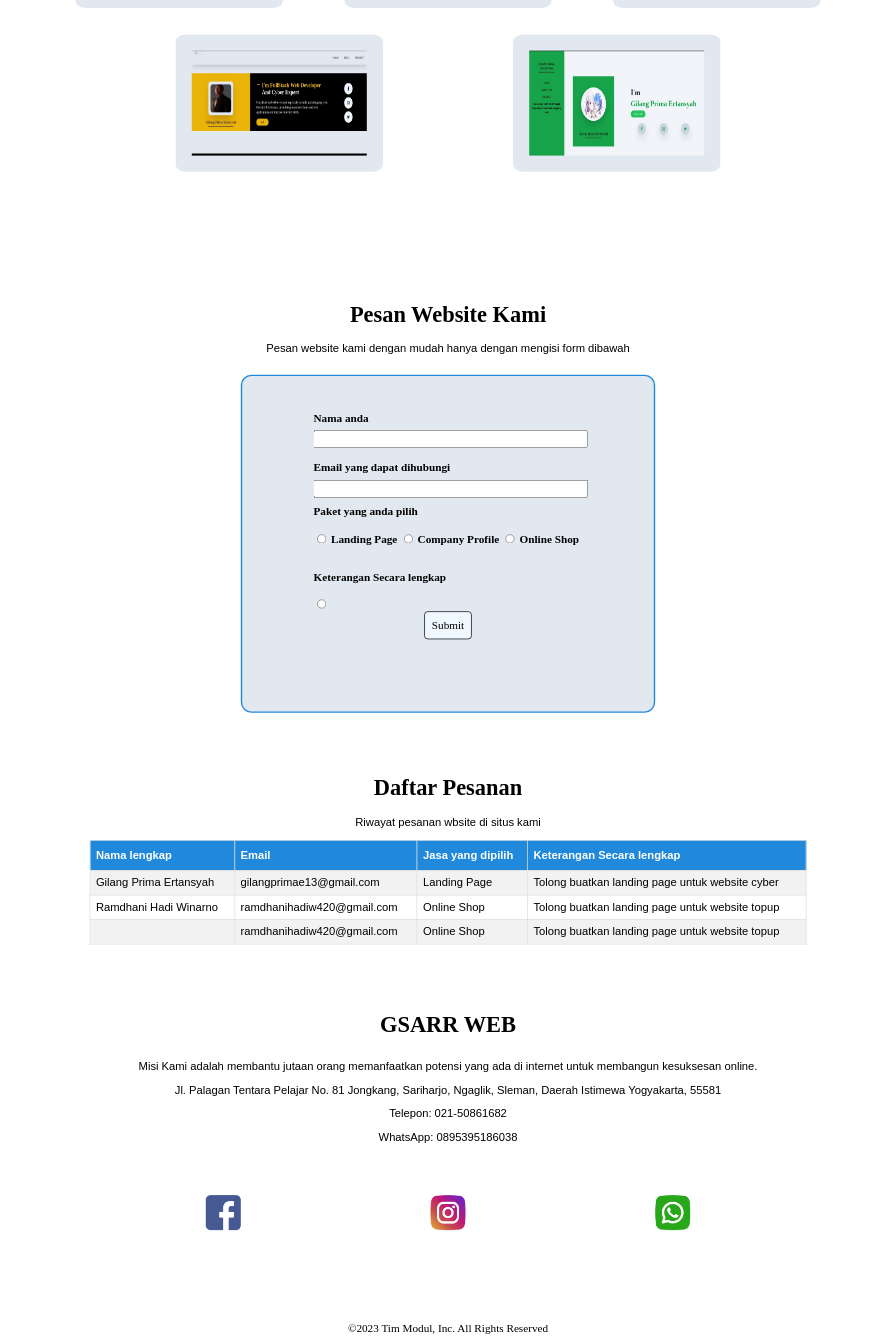
Repository: zecht12/TimModul
Page: TimModul.html
An editor plug-in stored every save of this project. The page is shown before and after a run of saves, followed by the edit.
The browser window is 1280 px wide. The pictures show the part of the page from y = 2475 to 4395 px (the page is 4395 px tall before and 4377 px after), at 70% of full size.

Above is the page before, as saved 2023-04-27 19:18:04.

### TimModul.html
<!DOCTYPE html>
<html lang="en">
<head>
    <meta charset="UTF-8">
    <meta http-equiv="X-UA-Compatible" content="IE=edge">
    <meta name="viewport" content="width=device-width, initial-scale=1.0">
    <link rel="stylesheet" href="style.css">
    <script src="script.js"></script>
    <title>Jasa Coding</title>
</head>
<body>
    <div style="height: 80px; width: 100%; background-color: white;">
        <header>
            <img src="./assets/wallpaper.jpg" alt="Image" style="height: 50px; width: 50px; border-radius: 100%;" >
            <ul class="nav_links">
                <li><a href="#">Home</a></li>
                <li><a href="#Paket">Harga</a></li>
                <li><a href="#Produk">Produk</a></li>
                <li><a href="#Forms">Form</a></li>
                <li><a href="#Dokumen">Dokumen</a></li>
            </ul>
        </headers>
    </div>
    <div style="background-image: url(./assets/bg.jpg); background-size: cover; background-position: top; width: 100%; height: 120vh; background-repeat: no-repeat; background-position: center;">
        <div style="display: flex; justify-content: center; align-items: center; padding: 5%; width: auto; height: auto;">
            <div style="height: auto; width: 70%; display: flex ; justify-content: center; align-items: center;">
                <div>
                    <div style=" display: flex; justify-content: center; align-items: center;">
                        <p style="text-align: center; color: white; font-size: 50px; font-weight: bold; width: 80%;">Jasa Pembuatan Website untuk Segala Kebutuhan Anda!</p>
                    </div>
                    <div style=" display: flex; justify-content: center; align-items: center; ">
                        <p style="text-align: center; color: white; font-size: large; width: 80%; ">Ingin wujudkan website impian tanpa ribet? Kami siap membantu Anda! Tersedia layanan jasa pembuatan website murah dan berkualitas dengan fitur terlengkap!</p>
                    </div>
                    <div style=" display: flex; justify-content: space-evenly; align-items: center;">
                        <div style=" display: flex; justify-content: center; align-items: center; gap: 5px;">
                            <img src="./assets/check.png" alt="check" width="30px" height="30px">
                            <p style="text-align: center; color: white; font-size: medium;">Proses Cepat</p>
                        </div>
                        <div style=" display: flex; justify-content: center; align-items: center; gap: 5px;">
                            <img src="./assets/check.png" alt="check" width="30px" height="30px">
                            <p style="text-align: center; color: white; font-size: medium">Harga Terjangkau</p>
                        </div>
                        <div style=" display: flex; justify-content: center; align-items: center; gap: 5px;">
                            <img src="./assets/check.png" alt="check" width="30px" height="30px">
                            <p style="text-align: center; color: white; font-size: medium;">Website Profesional</p>
                        </div>
                    </div>
                    <div style=" display: flex; justify-content: center; align-items: center; width: auto; height: auto;">
                        <p style="text-align: center; color: white; font-size: xx-large; font-weight: bold;">GSARR WEB</p>
                    </div>
                    <div style=" display: flex; justify-content: center; align-items: center; width: auto; height: auto;">
                        <a class="button1" href="#Paket" style="width: 200px; height: 50px; display: flex; justify-content: center; align-items: center; border-radius: 15px; background: #fff; color: #000; border: 2px solid #fff; cursor: pointer;">
                            Lihat Penawaran
                        </a>
                    </div>
                </div>
            </div>
        </div>
    </div>
    <div class="Paket" id="Paket" style="width: 100%; height: 120vh;">
        <p style="text-align: center; font-size: xx-large; font-weight: bold;">Harga Paket Jasa Pembuatan Website</p>
        <p style="text-align: center; font-size: medium; font-weight: bold; ">Tak perlu biaya mahal, Niagaweb menghadirkan jasa pembuatan website dengan harga terjangkau, fitur terbaik, dan layanan support nomor satu!</p>
        <div style="padding-left: 5%; padding-right: 5%;padding-top: 2%;display: flex;justify-content: space-evenly; align-items: center;" >
            <div style="padding: 2%; background-color: #e8ebf0; border-radius: 5%; height: 600px; width: 300px;">
                <p style="color: rgb(49, 49, 49); font-weight: bold; font-size: larger;">Landing Page</p>
                <p style="color: gray; font-weight: bold; font-size: medium;">Mulai dari:</p>
                <p style="color: #2089dc; font-size: xx-large; font-weight: bold; margin: auto; padding-bottom: 4%;">Rp 750.000</p>
                <div style="display: flex; justify-content: center; align-items: center;">
                    <a class="button1" href="#Forms" style="width: 200px; height: 50px; display: flex; justify-content: center; align-items: center; border-radius: 15px; background: transparent; color: #2089dc; border: 2px solid #2089dc; cursor: pointer;">
                        Checkout
                    </a>
                </div>
                <p style="color: gray; font-weight: bold; font-size: medium;">Bangun landing page dengan desain profesional! Biaya website terjangkau dengan fitur terbaik cocok untuk memulai bisnis online Anda.</p>
                <div style=" display: flex; justify-content: start; align-items: center; gap: 2px;">
                    <img src="./assets/check.png" alt="check" width="20px" height="20px">
                    <p style="color: black; font-size: medium;">Gratis Hosting dan Domain</p>
                </div>
                <div style=" display: flex; justify-content: start; align-items: center; gap: 2px;">
                    <img src="./assets/check.png" alt="check" width="20px" height="20px">
                    <p style="color: black; font-size: medium;">30 Pilihan Tema</p>
                </div>
                <div style=" display: flex; justify-content: start; align-items: center; gap: 2px;">
                    <img src="./assets/check.png" alt="check" width="20px" height="20px">
                    <p style="color: black; font-size: medium;">Free Maintenance di Bulan Pertama</p>
                </div>
                <div style=" display: flex; justify-content: start; align-items: center; gap: 2px;">
                    <img src="./assets/check.png" alt="check" width="20px" height="20px">
                    <p style="color: black; font-size: medium;">SEO Friendly</p>
                </div>
                <div style=" display: flex; justify-content: start; align-items: center; gap: 2px;">
                    <img src="./assets/check.png" alt="check" width="20px" height="20px">
                    <p style="color: black; font-size: medium;">Desain Responsif</p>
                </div>
                <div style=" display: flex; justify-content: start; align-items: center; gap: 2px;">
                    <img src="./assets/check.png" alt="check" width="20px" height="20px">
                    <p style="color: black; font-size: medium;">Pengerjaan 7 Hari Kerja</p>
                </div>
            </div>
            <div style="padding: 2%; background-color: #e8ebf0; border-radius: 5%; height: 600px; width: 300px;">
                <p style="color: rgb(49, 49, 49); font-weight: bold; font-size: larger;">Company Profile</p>
                <p style="color: gray; font-weight: bold; font-size: medium;">Mulai dari:</p>
                <p style="color: #2089dc; font-size: xx-large; font-weight: bold; margin: auto; padding-bottom: 4%;">Rp 2.000.000</p>
                <div style="display: flex; justify-content: center; align-items: center;">
                    <a class="button1" href="#Forms" style="width: 200px; height: 50px; display: flex; justify-content: center; align-items: center; border-radius: 15px; background: transparent; color: #2089dc; border: 2px solid #2089dc; cursor: pointer;">
                        Checkout
                    </a>
                </div>
                <p style="color: gray; font-weight: bold; font-size: medium;">Jasa pembuatan website untuk perusahaan B2B seperti konsultan, distributor, dan manufaktur. Saatnya tampilkan kesan profesional untuk perusahaan Anda!</p>
                <div style=" display: flex; justify-content: start; align-items: center; gap: 2px;">
                    <img src="./assets/check.png" alt="check" width="20px" height="20px">
                    <p style="color: black; font-size: medium;">Free Unlimited Hosting</p>
                </div>
                <div style=" display: flex; justify-content: start; align-items: center; gap: 2px;">
                    <img src="./assets/check.png" alt="check" width="20px" height="20px">
                    <p style="color: black; font-size: medium;">Free Maintenance Setiap Bulan</p>
                </div>
                <div style=" display: flex; justify-content: start; align-items: center; gap: 2px;">
                    <img src="./assets/check.png" alt="check" width="20px" height="20px">
                    <p style="color: black; font-size: medium;">Gratis Setup 5 Konten / Artikel</p>
                </div>
                <div style=" display: flex; justify-content: start; align-items: center; gap: 2px;">
                    <img src="./assets/check.png" alt="check" width="20px" height="20px">
                    <p style="color: black; font-size: medium;">1 Halaman Awal</p>
                </div>
                <div style=" display: flex; justify-content: start; align-items: center; gap: 2px;">
                    <img src="./assets/check.png" alt="check" width="20px" height="20px">
                    <p style="color: black; font-size: medium;">1x Revisi Desain</p>
                </div>
                <div style=" display: flex; justify-content: start; align-items: center; gap: 2px;">
                    <img src="./assets/check.png" alt="check" width="20px" height="20px">
                    <p style="color: black; font-size: medium;">500+ Tema Pilihan</p>
                </div>
            </div>
            <div style="padding: 2%; background-color: #e8ebf0; border-radius: 5%; height: 600px; width: 300px;">
                <p style="color: rgb(49, 49, 49); font-weight: bold; font-size: larger;">Online Shop</p>
                <p style="color: gray; font-weight: bold; font-size: medium;">Mulai dari:</p>
                <p style="color: #2089dc; font-size: xx-large; font-weight: bold; margin: auto; padding-bottom: 4%;">Rp 2.900.000</p>
                <div style="display: flex; justify-content: center; align-items: center;">
                    <a class="button1" href="#Forms" style="width: 200px; height: 50px; display: flex; justify-content: center; align-items: center; border-radius: 15px; background: transparent; color: #2089dc; border: 2px solid #2089dc; cursor: pointer;">
                        Checkout
                    </a>
                </div>
                <p style="color: gray; font-weight: bold; font-size: medium;">Jasa website profesional yang direkomendasikan untuk bisnis atau UKM B2C seperti bisnis kuliner, properti, konveksi, travel, dll.</p>
                <div style=" display: flex; justify-content: start; align-items: center; gap: 2px;">
                    <img src="./assets/check.png" alt="check" width="20px" height="20px">
                    <p style="color: black; font-size: medium;">Gratis Setup5 Produk Unggulan</p>
                </div>
                <div style=" display: flex; justify-content: start; align-items: center; gap: 2px;">
                    <img src="./assets/check.png" alt="check" width="20px" height="20px">
                    <p style="color: black; font-size: medium;">Integrasi Marketplace / Instagram Shop</p>
                </div>
                <div style=" display: flex; justify-content: start; align-items: center; gap: 2px;">
                    <img src="./assets/check.png" alt="check" width="20px" height="20px">
                    <p style="color: black; font-size: medium;">Fitur Payment & Shipping</p>
                </div>
                <div style=" display: flex; justify-content: start; align-items: center; gap: 2px;">
                    <img src="./assets/check.png" alt="check" width="20px" height="20px">
                    <p style="color: black; font-size: medium;">5 Halaman Awal</p>
                </div>
                <div style=" display: flex; justify-content: start; align-items: center; gap: 2px;">
                    <img src="./assets/check.png" alt="check" width="20px" height="20px">
                    <p style="color: black; font-size: medium;">1x Revisi Desain</p>
                </div>
                <div style=" display: flex; justify-content: start; align-items: center; gap: 2px;">
                    <img src="./assets/check.png" alt="check" width="20px" height="20px">
                    <p style="color: black; font-size: medium;">500+ Tema Pilihan</p>
                </div>
            </div>
        </div>
    </div>
    <div id="Produk" style="width: 100%; height: 100vh; padding-top: 5%;">
        <h1 style="text-align: center; font-size: xx-large; font: bolder;">Banyak Pilihan Desain</h1>
        <p style="text-align: center; font: caption;">Pilih satu dari puluhan desain yang tersedia</p>
        <div class="produk" id="produk" >
            <a href="./JenisWeb/Web1.html" style="padding: 2%; background-color: #E2E8F0; border-radius: 5%; display: flex; justify-items: center; align-items: center;">
                <img src="./assets/web.jpeg" alt="Image" style="height: 150px; width: 250px;" >
            </a>
            <a href="./JenisWeb/Web2.html" style="padding: 2%; background-color: #E2E8F0; border-radius: 5%; display: flex; justify-items: center; align-items: center;">
                <img src="./assets/web1.jpeg" alt="Image" style="height: 150px; width: 250px;" >
            </a>
            <a href="./JenisWeb/Web3.html" style="padding: 2%; background-color: #E2E8F0; border-radius: 5%; display: flex; justify-items: center; align-items: center;">
                <img src="./assets/web2.jpg" alt="Image" style="height: 150px; width: 250px;" >
            </a>
        </div>
        <div class="produk1" id="produk1" >
            <a href="./JenisWeb/Web4.html" style="padding: 2%; background-color: #E2E8F0; border-radius: 5%; display: flex; justify-items: center; align-items: center;">
                <img src="./assets/web3.jpg" alt="Image" style="height: 150px; width: 250px;" >
            </a>
            <a href="./JenisWeb/Web5.html" style="padding: 2%; background-color: #E2E8F0; border-radius: 5%; display: flex; justify-items: center; align-items: center;">
                <img src="./assets/web4.jpg" alt="Image" style="height: 150px; width: 250px;" >
            </a>
            <a href="./JenisWeb/Web6.html" style="padding: 2%; background-color: #E2E8F0; border-radius: 5%; display: flex; justify-items: center; align-items: center;">
                <img src="./assets/web5.jpg" alt="Image" style="height: 150px; width: 250px;" >
            </a>
        </div>
        <div class="produk2" id="produk2" >
            <a href="./JenisWeb/Web7.html" style="padding: 2%; background-color: #E2E8F0; border-radius: 5%; display: flex; justify-items: center; align-items: center;">
                <img src="./assets/web6.jpg" alt="Image" style="height: 150px; width: 250px;" >
            </a>
            <a href="./JenisWeb/Web8.html" style="padding: 2%; background-color: #E2E8F0; border-radius: 5%; display: flex; justify-items: center; align-items: center;">
                <img src="./assets/web7.jpg" alt="Image" style="height: 150px; width: 250px;" >
            </a>
        </div>
    </div>
    <h1 style="margin-top: 22%; text-align: center;">Pesan Website Kami</h1>
    <p style="text-align: center; font: caption;">Pesan website kami dengan mudah hanya dengan mengisi form dibawah</p>
    <div style="min-width: 60%; height: auto;">
        <div id="Forms" class="forms" id="forms" >
            <form style=" padding-bottom: 8%; padding-left: 8%; padding-right: 8%; padding-top: 4%; border-radius: 15px; background-color: #E2E8F0; color: #2089dc; border: 2px solid #2089dc;">
                <div class="Formnama">
                    <label for="Nama" class="Labelnama">Nama anda</label><br>
                    <input type="text" id="Nama" name="Nama" class="Nama">
                </div>

                <div class="Formemail">
                    <label for="Email" class="Labelemail">Email yang dapat dihubungi</label>
                    <input type="text" id="Email" name="Email" class="Email">
                </div>

                <p for="Pilihan" class="Pilihan">Paket yang anda pilih</p>
                <div style="padding-bottom: 5%;" id="Paket" >
                    <input type="radio" id="Landing_Page" name="Landing_Page" value="Landing_Page">
                    <label for="FrontEnd">Landing Page</label>

                    <input type="radio" id="Company_Profile" name="Company_Profile" value="Company_Profile">
                    <label for="BackEnd">Company Profile</label>

                    <input type="radio" id="Online_Shop" name="Online_Shop" value="Online_Shop">
                    <label for="FullStack">Online Shop</label><br>
                </div>

                <div>
                    <p style="color: black; font-weight: bold; padding-bottom: 1%;">Keterangan Secara lengkap</p>
                    <input type="radio" id="Keterangan" name="Keterangan" value="Keterangan">
                </div>

                <div style="display: flex; justify-content: center; align-items: center;">
                    <input type="submit" value="Submit" class="Button">
                </div>
            </form>
        </div>
    </div>
    <h1 style="margin-top: 2%; text-align: center;">Daftar Pesanan</h1>
    <p style="text-align: center; font: caption;">Riwayat pesanan wbsite di situs kami</p>
    <div id="Dokumen" style="display: flex; justify-content: center; align-items: center; width: 100%;">
        <table id="customers">
            <tr>
                <th>Nama lengkap</th>
                <th>Email</th>
                <th>Jasa yang dipilih</th>
                <th>Keterangan Secara lengkap</th>
            </tr>
            <tr>
                <td>Gilang Prima Ertansyah</td>
                <td>gilangprimae13@gmail.com</td>
                <td>Landing Page</td>
                <td>Tolong buatkan landing page untuk website cyber</td>
            </tr>
            <tr>
                <td>Ramdhani Hadi Winarno</td>
                <td>ramdhanihadiw420@gmail.com</td>
                <td>Online Shop</td>
                <td>Tolong buatkan landing page untuk website topup</td>
            </tr>
            <tr>
                <td id="p1"></td>
                <td id="p2">ramdhanihadiw420@gmail.com</td>
                <td>Online Shop</td>
                <td>Tolong buatkan landing page untuk website topup</td>
            </tr>
        </table>
    </div>
    <div style="height: 70vh; width: 100%; background-color: white; margin: auto; justify-content: center; align-items: center;">
        <div style="padding: 5%;">
            <p style="text-align: center; color: black; font-size: xx-large; font-weight: bold;">GSARR WEB</p>
            <p style="text-align: center; font: caption;">Misi Kami adalah membantu jutaan orang memanfaatkan potensi yang ada di internet untuk membangun kesuksesan online.</p>
            <p style="text-align: center; font: caption;">Jl. Palagan Tentara Pelajar No. 81 Jongkang, Sariharjo, Ngaglik, Sleman, Daerah Istimewa Yogyakarta, 55581</p>
            <div>
                <p style="text-align: center; font: caption;">Telepon: 021-50861682</p>
                <p style="text-align: center; font: caption;">WhatsApp: 0895395186038</p>
            </div>
            <div class="Social" style="display: flex; align-items: center; justify-content: space-between; background-color: transparent; gap: 20px; padding-left: 20%; padding-right: 20%; padding-top: 5%; ">
                <a href="" style="background-color: #fff;">
                    <img src="/assets/facebook.png" alt="FB" width="50px" height="50px">
                </a>
                <a href="">
                    <img src="/assets/instagram.png" alt="FB" width="50px" height="50px">
                </a>
                <a href="">
                    <img src="/assets/whatsapp.png" alt="FB" width="50px" height="50px">
                </a>
            </div>
        </div>
    </div>
    <div style="height: 50px; width: 100%; background-color: white; margin: auto; justify-content: center; align-items: center;">
        <p style="color: black; text-align: center; padding-top: 20px;">&copy;2023 Tim Modul, Inc. All Rights Reserved</p>
    </div>
</body>
</html>

Loaded but not shown: script.js (7 lines, source omitted); style.css (140 lines, source omitted)

After the next 3 saves:
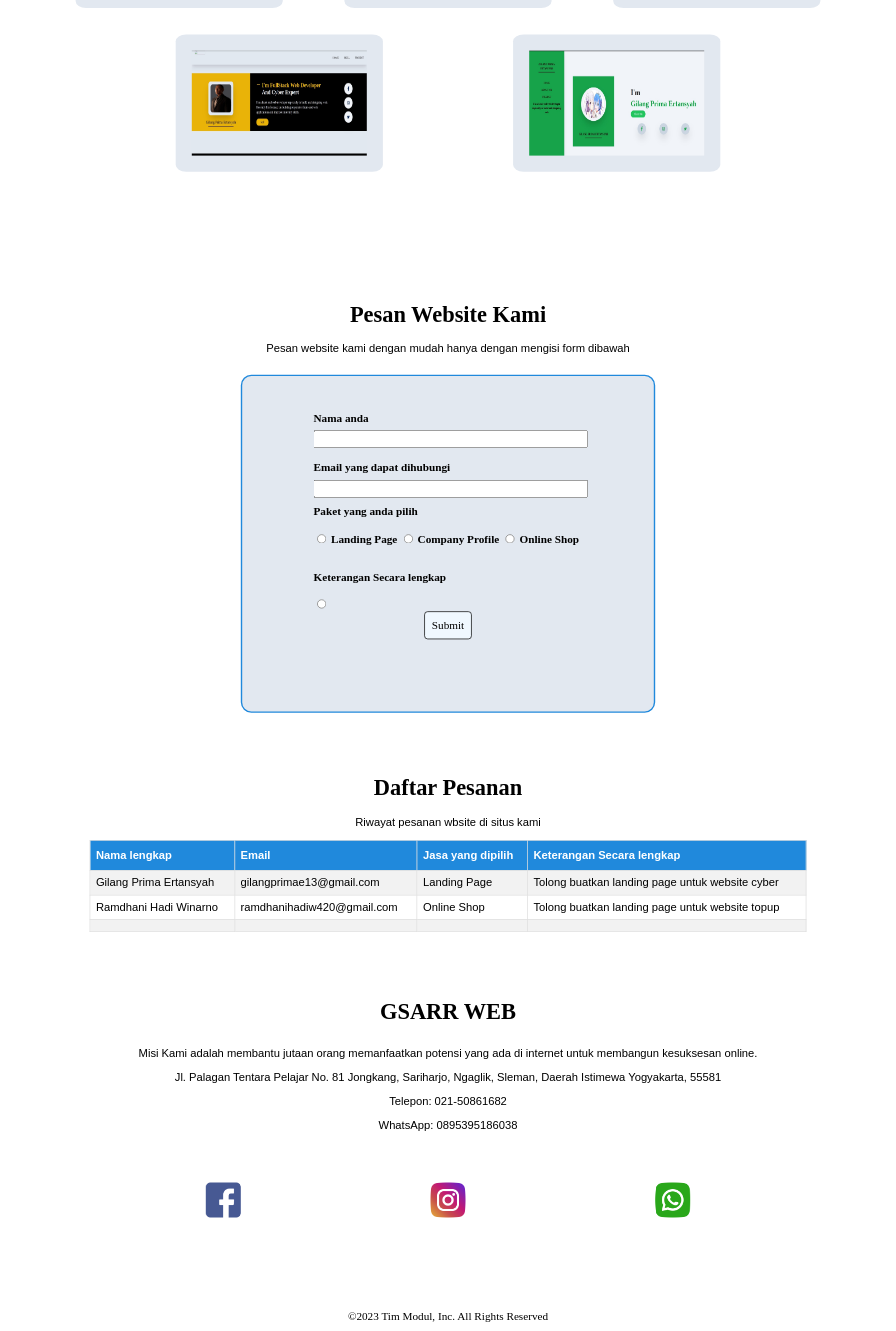
The 3 saves are shown as one change because they came seconds apart.
The last was saved 9 s later.
--- a/TimModul.html
+++ b/TimModul.html
@@ -264,9 +264,9 @@
             </tr>
             <tr>
                 <td id="p1"></td>
-                <td id="p2">ramdhanihadiw420@gmail.com</td>
-                <td>Online Shop</td>
-                <td>Tolong buatkan landing page untuk website topup</td>
+                <td id="p2"></td>
+                <td></td>
+                <td></td>
             </tr>
         </table>
     </div>
